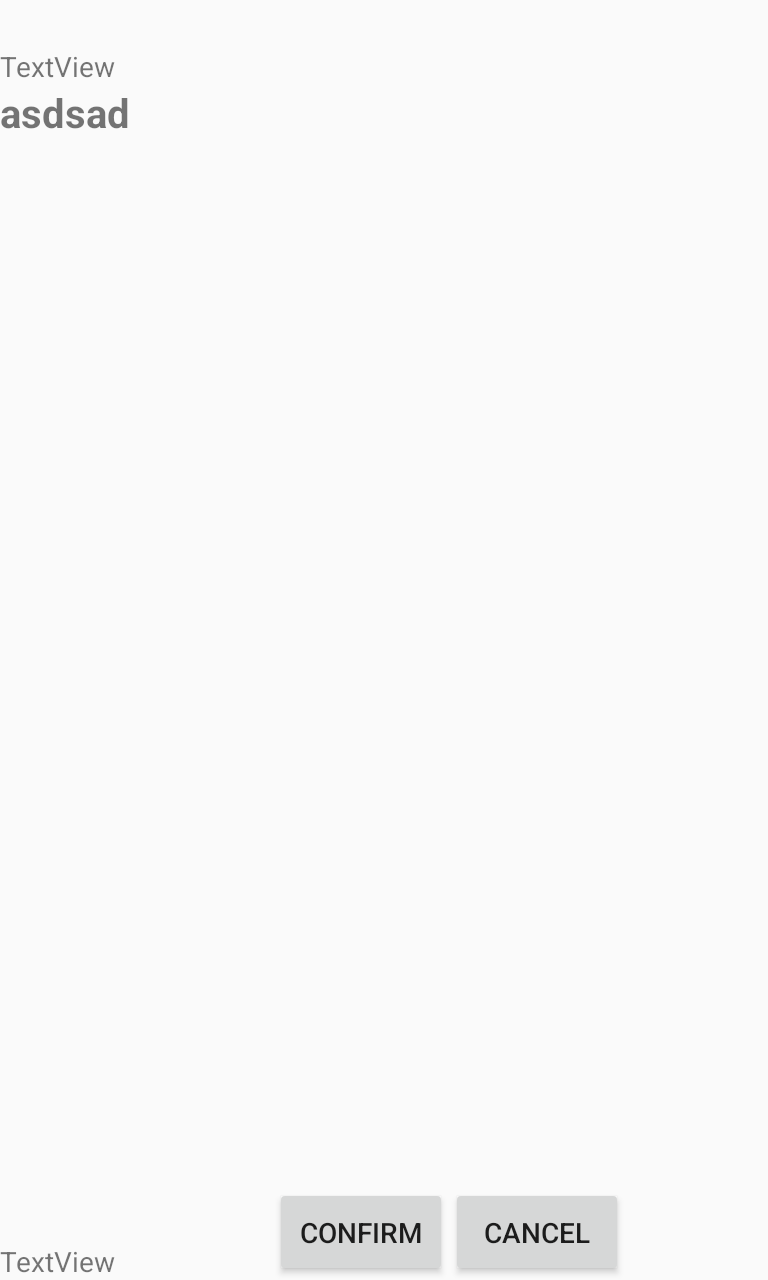
Repository: TeamZhao/Assignment-Tracker
Layout: AssignmentTracker/res/layout/activity_delete_semester_confirmation.xml
An editor plug-in stored every save of this project. The layout is shown before and after the next save, followed by the edit.
It is drawn on a 768 x 1280 px phone screen (xhdpi) without system bars, with theme AppTheme; the app's code is not run.

Above is the layout before, as saved 2014-11-15 06:25:51.

After the next save:
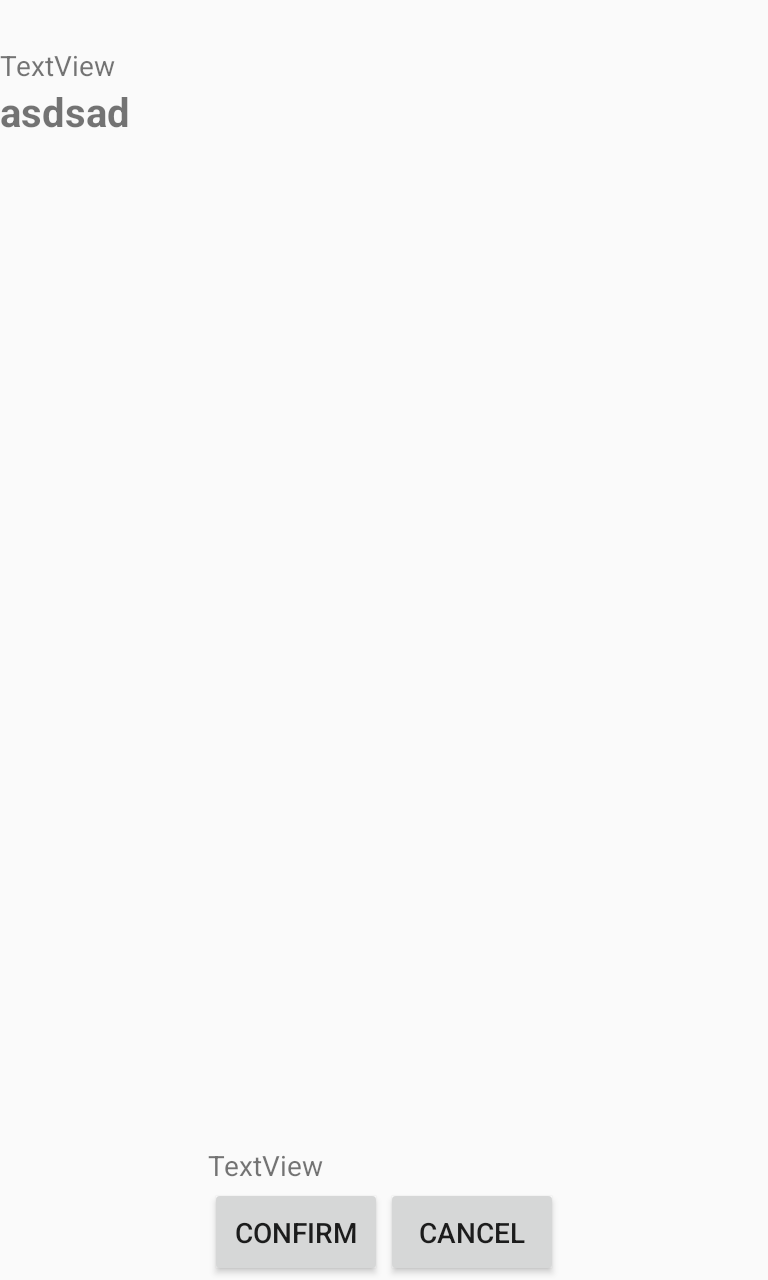
Saved 55 s later.
--- a/AssignmentTracker/res/layout/activity_delete_semester_confirmation.xml
+++ b/AssignmentTracker/res/layout/activity_delete_semester_confirmation.xml
@@ -58,13 +58,17 @@
             android:text="" />
     </TableRow>
 
-
     <TableRow
         android:id="@+id/tableRow3"
         android:layout_width="wrap_content"
         android:layout_height="wrap_content"
         android:layout_weight="1"
         android:gravity="bottom|center|" >
+
+        <LinearLayout
+            android:layout_width="wrap_content"
+            android:layout_height="wrap_content"
+            android:orientation="vertical" >
 
             <TextView
                 android:id="@+id/textView_ContinueNotice"
@@ -76,7 +80,7 @@
                 android:layout_width="wrap_content"
                 android:layout_height="wrap_content"
                 android:layout_weight="1"
-                android:gravity="center">
+                android:gravity="center" >
 
                 <Button
                     android:id="@+id/btn_deleteSem"
@@ -90,7 +94,7 @@
                     android:layout_height="wrap_content"
                     android:text="@string/cancel" />
             </LinearLayout>
-
+        </LinearLayout>
     </TableRow>
 
 </TableLayout>
